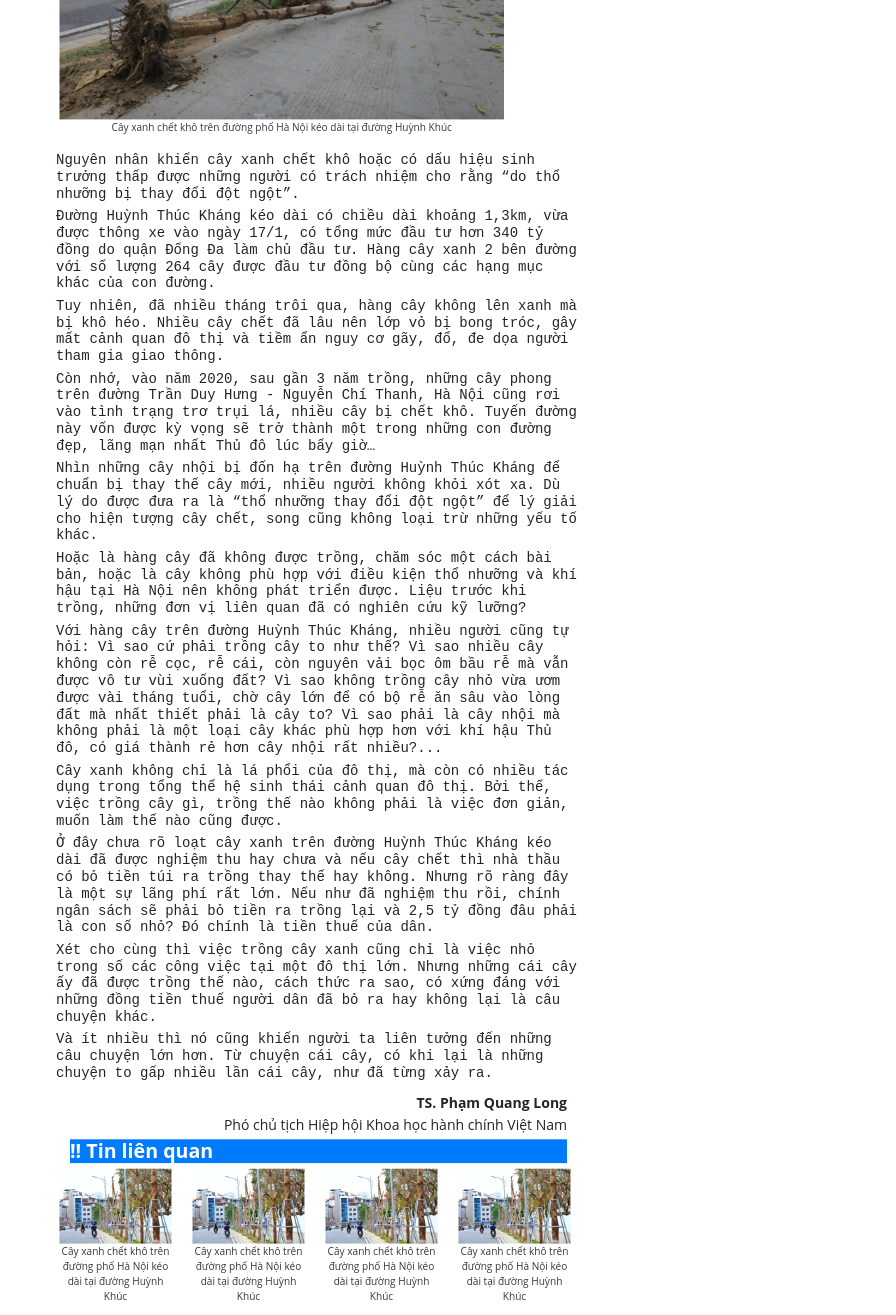
Repository: TRITO719/18_TrinhQuocToan_20081631
Page: So37/html/caykho.html
These files come from the project's save history. The page is drawn as it stood at one moment and after the next save; the edit follows.
The browser window is 1280 px wide. The pictures show the part of the page from y = 1162 to 3082 px (the page is 3040 px tall before and 3082 px after), at 70% of full size.

Above is the page before, as saved 2023-04-19 13:06:52.

### So37/html/caykho.html
<!DOCTYPE html>
<html lang="en">
<head>
    <meta charset="UTF-8">
    <meta http-equiv="X-UA-Compatible" content="IE=edge">
    <meta name="viewport" content="width=device-width, initial-scale=1.0">
    <title>Document</title>
    <link rel="stylesheet" href="../css/bootstrap.min.css">
    <script src="../js/jquery-3.6.4.min.js"></script>
    <script src="../js/bootstrap.min.js"></script>
    <link rel="stylesheet" href="../css/style.css">
    <link rel="stylesheet" href="https://cdnjs.cloudflare.com/ajax/libs/font-awesome/4.7.0/css/font-awesome.min.css">
</head>
<body>
    <!--Tao thuong hieu va menu-->
    <div class="container">
        <!--Nhan-->
        <a  href="">
            <img class="navbar-brand-item mx-auto d-block" src="../img/Capture.PNG" alt="">
        </a>
        <!--Menu-->
        <nav class="navbar navbar-expand-lg  navbar-light bg-light sticky-top">
            <div class="navbar-collapse collapse show" id="navbar">
                <ul class="navbar-nav">
                    <!--Trang chu-->
                    <li class="nav-item dropdown">
                        <a class="nav-link dropdown-toggle" id="trangchu" data-toggle="dropdown" aria-haspopup="true" aria-expanded="false" href="#">Trang chủ</a>
                        <div class="dropdown-menu" aria-labelledby="trangchu">
                            <a class="dropdown-item" href="#">Trang chính</a>
                            <a class="dropdown-item" href="#">Trang mua sắm</a>
                            <a class="dropdown-item" href="#">Trang giới thiệu</a>
                        </div>
                    </li>

                        <li class="nav-item dropdown">
                            <a class="nav-link dropdown-toggle" href="#" id="thoisuDropdown" role="button" data-toggle="dropdown" aria-haspopup="true" aria-expanded="false">Thời sự
                            </a>
                            <div class="dropdown-menu" aria-labelledby="thoisuDropdown">
                                <a class="dropdown-item" href="#">Tin nóng</a>
                                <a class="dropdown-item" href="#">Tin mới</a>
                                <a class="dropdown-item" href="#">Tin trong ngày</a>
                                <a class="dropdown-item" href="#">Tin trong tuần</a>
                                <a class="dropdown-item" href="#">Tin chính trị</a>
                                <a class="dropdown-item" href="#">Tin kinh tế</a>
                                <a class="dropdown-item" href="#">Tin giáo dục </a>
                                <a class="dropdown-item" href="#">Tin quân sự</a>
                            </div>
                        </li>
                        <li class="nav-item dropdown">
                            <a class="nav-link dropdown-toggle" href="#" id="thoisuDropdown" role="button" data-toggle="dropdown" aria-haspopup="true" aria-expanded="false">Thế giới
                            </a>
                            <div class="dropdown-menu" aria-labelledby="thoisuDropdown">
                                <a class="dropdown-item" href="#">Tin nóng</a>
                                <a class="dropdown-item" href="#">Tin mới</a>
                                <a class="dropdown-item" href="#">Tin trong ngày</a>
                                <a class="dropdown-item" href="#">Tin trong tuần</a>
                                <a class="dropdown-item" href="#">Tin chính trị</a>
                                <a class="dropdown-item" href="#">Tin kinh tế</a>
                                <a class="dropdown-item" href="#">Tin giáo dục </a>
                                <a class="dropdown-item" href="#">Tin quân sự</a>
                            </div>
                        </li>
                        <li class="nav-item ">
                            <a class="nav-link" href="">Video</a>

                        </li>
                        <li class="nav-item ">
                            <a class="nav-link" href="">Chủ đề</a>

                        </li>

                        <div class="col ml-auto">
                            <form class="d-flex">
                                <input class="form-control me-2" type="search" placeholder="Tìm kiếm" aria-label="Search">
                                <button class="btn btn-outline-success" type="submit">Tìm kiếm</button>
                            </form>

                        </div>

                </ul>

            </div>

        </nav>
        <div class="row text-center " style="font-family:'Gill Sans', 'Gill Sans MT', Calibri, 'Trebuchet MS', sans-serif">
            <h1>Cây xanh chết khô trên đường phố Hà Nội kéo dài tại đường Huỳnh Khúc</h1>
            <p class="text-muted" >04/04/2023</p>
            <h5 class="font-weight-bold">Sáng 3/4, nhiều cây nhội chết khô có đường kính thân 20-25cm trên vỉa hè dọc đường Huỳnh Thúc Kháng kéo dài (Hà Nội) đã được nhổ lên.</h5>
                <figure>
                    <img src="../img/cay-xanh-chet-kho-tren-duong-huynh-thuc-khang-keo-dai-2-16803995389678631728.jpg" class="d-block w-100 trans" alt="Hình ảnh 1">
                    <figcaption class="figure-caption text-center text-dark ">
                        Cây xanh chết khô trên đường phố Hà Nội kéo dài tại đường Huỳnh Khúc
                    </figcaption>


        </div>
        <div class="row">
            <div class="col-7" style="margin: 10px;padding: 10px; font-family: 'Gill Sans', 'Gill Sans MT', Calibri, 'Trebuchet MS', sans-serif;">
                <h5>Hạng mục cây xanh trên tuyến đường này có trị giá khoảng 2,5 tỷ đồng, do nhà thầu thi công là liên danh Công ty Đường bộ Phú Thọ và Công ty CP Đầu tư DCC Hà Nội thực hiện. Trước mắt, có vài chục cây được xác định đã bị chết.</h5>

            </div>
            <div class="col-4">

            </div>
            <div class="col-sm-7 col-md-7">
                    <figure>
                        <img src="../img/caykho/img-bgt-2021-cay-xanh-1680532614-width1280height824.jpg" class="d-block w-100 trans" alt="Hình ảnh 1">
                        <figcaption class="figure-caption text-center text-dark ">
                            Cây xanh chết khô trên đường phố Hà Nội kéo dài tại đường Huỳnh Khúc
                        </figcaption>
                    </figure>
            </div>
            <div class="col-4">

            </div>
            <div class="col-8" style="font-family:monospace; margin: 5px; padding: 5px;">
                <h5>
                    Nguyên nhân khiến cây xanh chết khô hoặc có dấu hiệu sinh trưởng thấp được những người có trách nhiệm cho rằng “do thổ nhưỡng bị thay đổi đột ngột”.
                </h5>
                <h5>
                    Đường Huỳnh Thúc Kháng kéo dài có chiều dài khoảng 1,3km, vừa được thông xe vào ngày 17/1, có tổng mức đầu tư hơn 340 tỷ đồng do quận Đống Đa làm chủ đầu tư. Hàng cây xanh 2 bên đường với số lượng 264 cây được đầu tư đồng bộ cùng các hạng mục khác của con đường.
                </h5>
                <h5>
                    Tuy nhiên, đã nhiều tháng trôi qua, hàng cây không lên xanh mà bị khô héo. Nhiều cây chết đã lâu nên lớp vỏ bị bong tróc, gây mất cảnh quan đô thị và tiềm ẩn nguy cơ gãy, đổ, đe dọa người tham gia giao thông.
                </h5>
                <h5>
                    Còn nhớ, vào năm 2020, sau gần 3 năm trồng, những cây phong trên đường Trần Duy Hưng - Nguyễn Chí Thanh, Hà Nội cũng rơi vào tình trạng trơ trụi lá, nhiều cây bị chết khô. Tuyến đường này vốn được kỳ vọng sẽ trở thành một trong những con đường đẹp, lãng mạn nhất Thủ đô lúc bấy giờ…
                </h5>
                <h5>
                    Nhìn những cây nhội bị đốn hạ trên đường Huỳnh Thúc Kháng để chuẩn bị thay thế cây mới, nhiều người không khỏi xót xa. Dù lý do được đưa ra là “thổ nhưỡng thay đổi đột ngột” để lý giải cho hiện tượng cây chết, song cũng không loại trừ những yếu tố khác.
                </h5>
                <h5>
                    Hoặc là hàng cây đã không được trồng, chăm sóc một cách bài bản, hoặc là cây không phù hợp với điều kiện thổ nhưỡng và khí hậu tại Hà Nội nên không phát triển được. Liệu trước khi trồng, những đơn vị liên quan đã có nghiên cứu kỹ lưỡng?
                </h5>
                <h5>
                    Với hàng cây trên đường Huỳnh Thúc Kháng, nhiều người cũng tự hỏi: Vì sao cứ phải trồng cây to như thế? Vì sao nhiều cây không còn rễ cọc, rễ cái, còn nguyên vải bọc ôm bầu rễ mà vẫn được vô tư vùi xuống đất? Vì sao không trồng cây nhỏ vừa ươm được vài tháng tuổi, chờ cây lớn để có bộ rễ ăn sâu vào lòng đất mà nhất thiết phải là cây to? Vì sao phải là cây nhội mà không phải là một loại cây khác phù hợp hơn với khí hậu Thủ đô, có giá thành rẻ hơn cây nhội rất nhiều?...
                </h5>
                <h5>
                    Cây xanh không chỉ là lá phổi của đô thị, mà còn có nhiều tác dụng trong tổng thể hệ sinh thái cảnh quan đô thị. Bởi thế, việc trồng cây gì, trồng thế nào không phải là việc đơn giản, muốn làm thế nào cũng được.
                </h5>
                <h5>
                    Ở đây chưa rõ loạt cây xanh trên đường Huỳnh Thúc Kháng kéo dài đã được nghiệm thu hay chưa và nếu cây chết thì nhà thầu có bỏ tiền túi ra trồng thay thế hay không. Nhưng rõ ràng đây là một sự lãng phí rất lớn. Nếu như đã nghiệm thu rồi, chính ngân sách sẽ phải bỏ tiền ra trồng lại và 2,5 tỷ đồng đâu phải là con số nhỏ? Đó chính là tiền thuế của dân.
                </h5>
                <h5>
                    Xét cho cùng thì việc trồng cây xanh cũng chỉ là việc nhỏ trong số các công việc tại một đô thị lớn. Nhưng những cái cây ấy đã được trồng thế nào, cách thức ra sao, có xứng đáng với những đồng tiền thuế người dân đã bỏ ra hay không lại là câu chuyện khác.

                </h5>
                <h5>
                    Và ít nhiều thì nó cũng khiến người ta liên tưởng đến những câu chuyện lớn hơn. Từ chuyện cái cây, có khi lại là những chuyện to gấp nhiều lần cái cây, như đã từng xảy ra.
                </h5>
            </div>


        </div>
        <div class="col-8">
            <div class="text-right">
                <h5 class="font-weight-bold">
                    TS. Phạm Quang Long
                </h5>
                <h5>
                    Phó chủ tịch Hiệp hội Khoa học hành chính Việt Nam
                </h5>

            </div>
            <div>
                <h3 class="text-white font-weight-bold bg-primary">!! Tin liên quan</h3>
            </div>
        </div>
        <div class="row">
            <div class="col-sm-2 col-md-2">
                <a href="">
                    <figure>
                        <img src="../img/cay-xanh-chet-kho-tren-duong-huynh-thuc-khang-keo-dai-2-16803995389678631728.jpg" class="d-block w-100 trans" alt="Hình ảnh 1">
                        <figcaption class="figure-caption text-center text-dark ">
                            Cây xanh chết khô trên đường phố Hà Nội kéo dài tại đường Huỳnh Khúc
                        </figcaption>
                </a>

            </div>
            <div class="col-sm-2 col-md-2">
                <a href="">
                    <figure>
                        <img src="../img/cay-xanh-chet-kho-tren-duong-huynh-thuc-khang-keo-dai-2-16803995389678631728.jpg" class="d-block w-100 trans" alt="Hình ảnh 1">
                        <figcaption class="figure-caption text-center text-dark ">
                            Cây xanh chết khô trên đường phố Hà Nội kéo dài tại đường Huỳnh Khúc
                        </figcaption>
                </a>

            </div>
            <div class="col-sm-2 col-md-2">
                <a href="">
                    <figure>
                        <img src="../img/cay-xanh-chet-kho-tren-duong-huynh-thuc-khang-keo-dai-2-16803995389678631728.jpg" class="d-block w-100 trans" alt="Hình ảnh 1">
                        <figcaption class="figure-caption text-center text-dark ">
                            Cây xanh chết khô trên đường phố Hà Nội kéo dài tại đường Huỳnh Khúc
                        </figcaption>
                </a>

            </div>
            <div class="col-sm-2 col-md-2">
                <a href="">
                    <figure>
                        <img src="../img/cay-xanh-chet-kho-tren-duong-huynh-thuc-khang-keo-dai-2-16803995389678631728.jpg" class="d-block w-100 trans" alt="Hình ảnh 1">
                        <figcaption class="figure-caption text-center text-dark ">
                            Cây xanh chết khô trên đường phố Hà Nội kéo dài tại đường Huỳnh Khúc
                        </figcaption>
                </a>

            </div>

        </div>


</body>

### So37/css/style.css
.trans:hover{
    transform: scale(1.05);
    box-shadow: 0 0 10px rgba(0, 0, 0, 0.5);
    transition: transform 0.5s ease-in-out, box-shadow 0.5s ease-in-out;
}
.row1{
    padding: 10px;
    margin: 10px;
}
#text1{
    font-family: 'Trebuchet MS', 'Lucida Sans Unicode', 'Lucida Grande', 'Lucida Sans', Arial, sans-serif;
}
@import url(https://fonts.googleapis.com/css?family=Open+Sans:400,500,300,700);
* {
    font-family: Open Sans;
  }

  section {
    width: 100%;
    display: inline-block;
    background: #333;
    height: 50vh;
    text-align: center;
    font-size: 22px;
    font-weight: 700;
    text-decoration: underline;
  }

  .footer-distributed{
      background: #666;
      box-shadow: 0 1px 1px 0 rgba(0, 0, 0, 0.12);
      box-sizing: border-box;
      width: 100%;
      text-align: left;
      font: bold 16px sans-serif;
      padding: 55px 50px;
  }

  .footer-distributed .footer-left,
  .footer-distributed .footer-center,
  .footer-distributed .footer-right{
      display: inline-block;
      vertical-align: top;
  }

  /* Footer left */

  .footer-distributed .footer-left{
      width: 40%;
  }

  /* The company logo */

  .footer-distributed h3{
      color:  #ffffff;
      font: normal 36px 'Open Sans', cursive;
      margin: 0;
  }

  .footer-distributed h3 span{
      color:  lightseagreen;
  }

  /* Footer links */

  .footer-distributed .footer-links{
      color:  #ffffff;
      margin: 20px 0 12px;
      padding: 0;
  }

  .footer-distributed .footer-links a{
      display:inline-block;
      line-height: 1.8;
    font-weight:400;
      text-decoration: none;
      color:  inherit;
  }

  .footer-distributed .footer-company-name{
      color:  #222;
      font-size: 14px;
      font-weight: normal;
      margin: 0;
  }

  /* Footer Center */

  .footer-distributed .footer-center{
      width: 35%;
  }

  .footer-distributed .footer-center i{
      background-color:  #33383b;
      color: #ffffff;
      font-size: 25px;
      width: 38px;
      height: 38px;
      border-radius: 50%;
      text-align: center;
      line-height: 42px;
      margin: 10px 15px;
      vertical-align: middle;
  }

  .footer-distributed .footer-center i.fa-envelope{
      font-size: 17px;
      line-height: 38px;
  }

  .footer-distributed .footer-center p{
      display: inline-block;
      color: #ffffff;
    font-weight:400;
      vertical-align: middle;
      margin:0;
  }

  .footer-distributed .footer-center p span{
      display:block;
      font-weight: normal;
      font-size:14px;
      line-height:2;
  }

  .footer-distributed .footer-center p a{
      color:  lightseagreen;
      text-decoration: none;;
  }

  .footer-distributed .footer-links a:before {
    content: "|";
    font-weight:300;
    font-size: 20px;
    left: 0;
    color: #fff;
    display: inline-block;
    padding-right: 5px;
  }

  .footer-distributed .footer-links .link-1:before {
    content: none;
  }

  /* Footer Right */

  .footer-distributed .footer-right{
      width: 20%;
  }

  .footer-distributed .footer-company-about{
      line-height: 20px;
      color:  #92999f;
      font-size: 13px;
      font-weight: normal;
      margin: 0;
  }

  .footer-distributed .footer-company-about span{
      display: block;
      color:  #ffffff;
      font-size: 14px;
      font-weight: bold;
      margin-bottom: 20px;
  }

  .footer-distributed .footer-icons{
      margin-top: 25px;
  }

  .footer-distributed .footer-icons a{
      display: inline-block;
      width: 35px;
      height: 35px;
      cursor: pointer;
      background-color:  #33383b;
      border-radius: 2px;

      font-size: 20px;
      color: #ffffff;
      text-align: center;
      line-height: 35px;

      margin-right: 3px;
      margin-bottom: 5px;
  }

  /* If you don't want the footer to be responsive, remove these media queries */

  @media (max-width: 880px) {

      .footer-distributed{
          font: bold 14px sans-serif;
      }

      .footer-distributed .footer-left,
      .footer-distributed .footer-center,
      .footer-distributed .footer-right{
          display: block;
          width: 100%;
          margin-bottom: 40px;
          text-align: center;
      }

      .footer-distributed .footer-center i{
          margin-left: 0;
      }

  }

Loaded but not shown: So37/css/bootstrap.min.css (library); So37/js/jquery-3.6.4.min.js (library); So37/js/bootstrap.min.js (library)

After the next save:
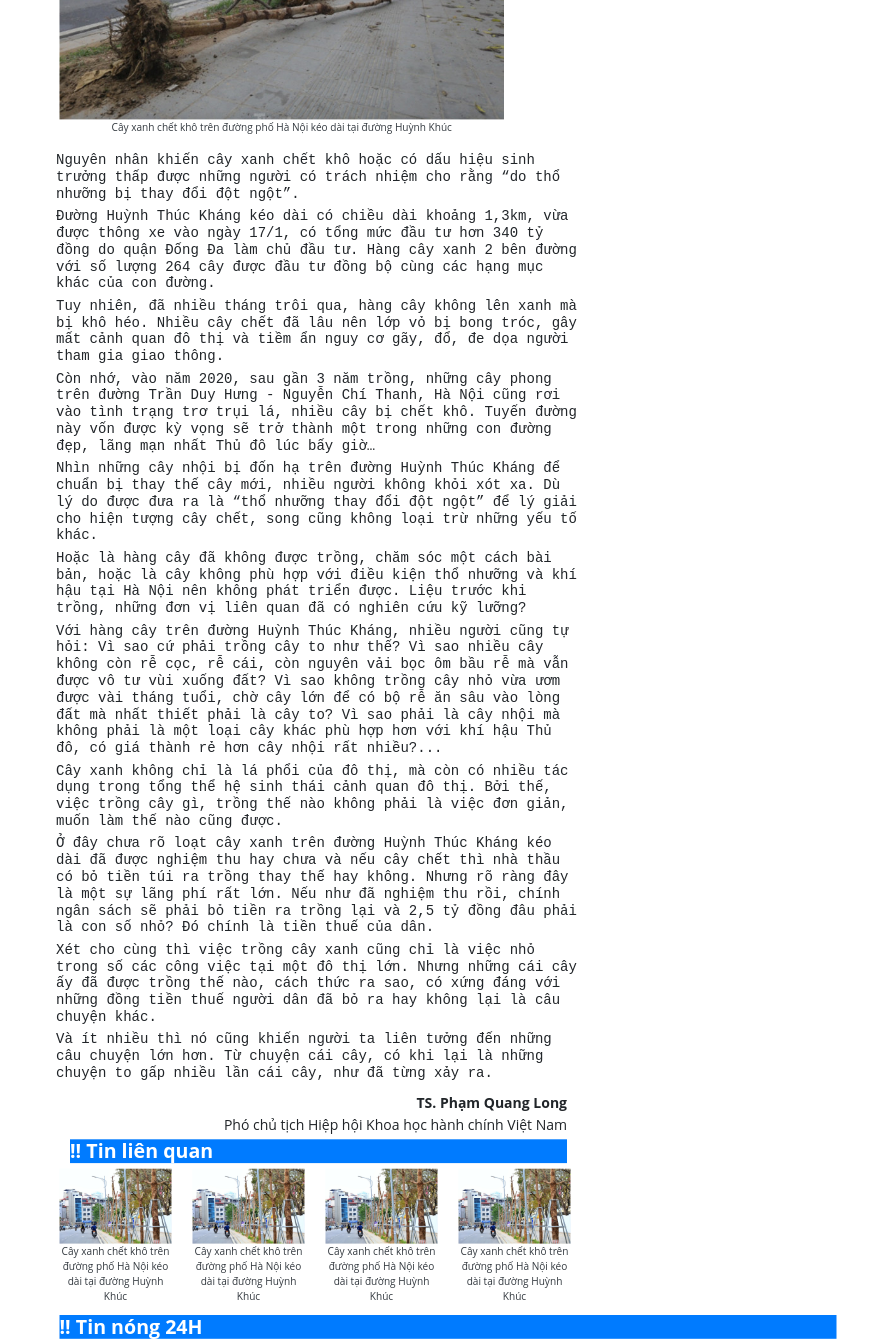
Saved 106 s later.
--- a/So37/html/caykho.html
+++ b/So37/html/caykho.html
@@ -209,6 +209,9 @@
             </div>
 
         </div>
+        <div>
+            <h3 class="text-white font-weight-bold bg-primary">!! Tin nóng 24H</h3>
+        </div>
 
 
 </body>
